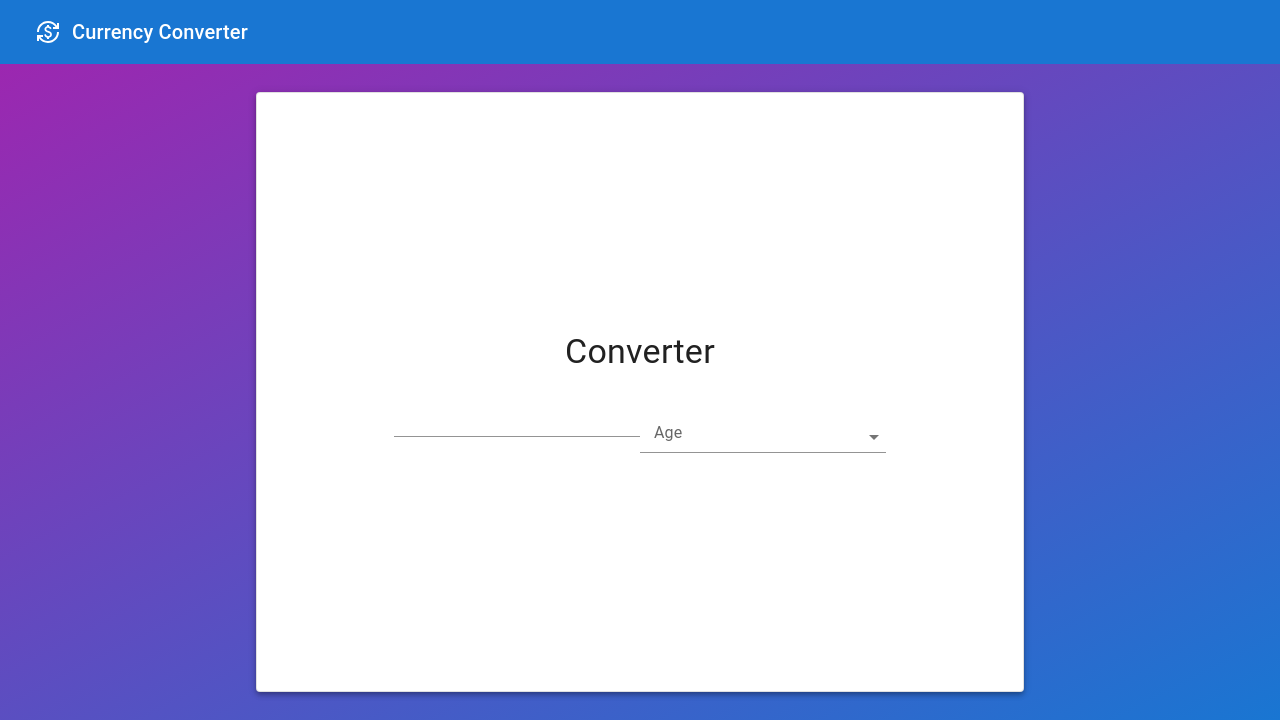
Repository: rutsguifd/currency-converter
Page: /
An editor plug-in stored every save of this project. The page is shown before and after the next save, followed by the edit.
The browser window is 1280 px wide. The pictures show the whole page.
The project was rebuilt for these pictures with package versions that can differ from the ones it lists, and the page was loaded fresh each time. Also part of the build but not shown: src/components/ErrorBoundary.jsx.

Above is the page before, as saved 2023-03-27 23:59:54.

### src/index.js
import { CssBaseline } from "@mui/material";
import React from "react";
import ReactDOM from "react-dom/client";
import { Provider } from "react-redux";
import { BrowserRouter } from "react-router-dom";
import App from "./App";
import { setupStore } from "./store";

const store = setupStore();

const root = ReactDOM.createRoot(document.getElementById("root"));
root.render(
  <Provider store={store}>
    <BrowserRouter>
      <CssBaseline>
        <App />
      </CssBaseline>
    </BrowserRouter>
  </Provider>
);

### src/App.js
import AppRouter from "./router/AppRouter";

function App() {
  return (
    <>
      <AppRouter />
    </>
  );
}

export default App;

### src/store/index.js
import { combineReducers, configureStore } from "@reduxjs/toolkit";
import { ConverterAPI } from "./ConverterService";

const rootReducer = combineReducers({
  [ConverterAPI.reducerPath]: ConverterAPI.reducer,
});

export const setupStore = () => {
  return configureStore({
    reducer: rootReducer,
    middleware: (getDefaultMiddleware) =>
      getDefaultMiddleware().concat(ConverterAPI.middleware),
  });
};

### src/router/AppRouter.jsx
import React from "react";
import { Route, Routes } from "react-router-dom";
import ErrorBoundary from "../components/ErrorBoundary";
import HomePage from "../pages/HomePage";

const AppRouter = () => {
  return (
    <Routes>
      <Route path="/" element={<HomePage />} />
      <Route path="/error" element={<ErrorBoundary />} />
    </Routes>
  );
};

export default AppRouter;

### src/store/ConverterService.js
import { createApi, fetchBaseQuery } from "@reduxjs/toolkit/dist/query/react";

const BASE_URL = "https://api.apilayer.com/exchangerates_data/";

const BASE_QUERY = fetchBaseQuery({
  baseUrl: BASE_URL,
  prepareHeaders: (headers) => {
    headers.set("apikey", "3yTPGVUhUYyAGGgNkKb2MySzxmY4qcWi");
    return headers;
  },
});

export const ConverterAPI = createApi({
  reducerPath: "ConverterAPI",
  baseQuery: BASE_QUERY,
  tagTypes: ["ConverterAPI"],
  endpoints: (build) => ({
    getLatestCurrency: build.query({
      query: ({ symbols, base }) => `latest?symbols=${symbols}&base=${base}`,
    }),
  }),
});

### src/pages/HomePage.jsx
import React from "react";
import ConvertContainer from "../components/ConvertContainer";
import MainLayout from "../layout/MainLayout";

const HomePage = () => {
  return (
    <MainLayout>
      <ConvertContainer />
    </MainLayout>
  );
};

export default HomePage;

### src/components/ConvertContainer.jsx
import { Container, useTheme } from "@mui/material";
import React from "react";
import Convert from "./Convert";

const ConvertContainer = () => {
  const theme = useTheme();

  return (
    <Container
      maxWidth={false}
      disableGutters
      sx={{
        display: "flex",
        justifyContent: "center",
        alignItems: "center",
        minHeight: "calc(100vh - 64px)",
        background: `linear-gradient(to right bottom, ${theme.palette.secondary.main},  ${theme.palette.primary.main})`,
      }}
    >
      <Convert />
    </Container>
  );
};

export default ConvertContainer;

### src/layout/MainLayout.jsx
import React from "react";
import Header from "../components/Header";

const MainLayout = ({ children }) => {
  return (
    <>
      <Header />
      {children}
    </>
  );
};

export default MainLayout;

### src/components/Convert.jsx
import {
  Box,
  FormControl,
  InputLabel,
  MenuItem,
  Paper,
  Select,
  TextField,
  Typography,
} from "@mui/material";
import React, { useState } from "react";

const Convert = () => {
  const [currentCurrency, setCurrentCurrency] = useState("");

  const handleChange = (e) => {
    setCurrentCurrency(e.target.value);
  };

  return (
    <Paper
      variant="outlined"
      sx={{
        p: 4,
        display: "flex",
        flexDirection: "column",
        alignItems: "center",
        justifyContent: "center",
        width: "60vw",
        minWidth: "400px",
        height: "60vh",
        minHeight: "600px",
        gap: 4,
        boxShadow: 4,
      }}
    >
      <Typography variant="h4">Converter</Typography>
      <Box display="flex" flexDirection="row" width="70%">
        <TextField variant="standard" sx={{ width: "100%" }} />
        <FormControl fullWidth>
          <InputLabel id="demo-simple-select-label">Age</InputLabel>
          <Select
            variant="standard"
            labelId="demo-simple-select-label"
            id="demo-simple-select"
            value={currentCurrency}
            label="Age"
            onChange={handleChange}
          >
            <MenuItem value={10}>Ten</MenuItem>
            <MenuItem value={20}>Twenty</MenuItem>
            <MenuItem value={30}>Thirty</MenuItem>
          </Select>
        </FormControl>
      </Box>
    </Paper>
  );
};

export default Convert;

### src/components/Header.jsx
import {
  AppBar,
  Box,
  CircularProgress,
  IconButton,
  Toolbar,
  Typography,
} from "@mui/material";
import CurrencyExchangeIcon from "@mui/icons-material/CurrencyExchange";
import EuroSymbolIcon from "@mui/icons-material/EuroSymbol";
import AttachMoneyIcon from "@mui/icons-material/AttachMoney";
import React from "react";
import { ConverterAPI } from "../store/ConverterService";
import { useNavigate } from "react-router-dom";

const Header = () => {
  const navigate = useNavigate();

  //   const {
  //     data: USDData,
  //     error: USDError,
  //     isLoading: USDLoading,
  //   } = ConverterAPI.useGetLatestCurrencyQuery({
  //     symbols: "UAH",
  //     base: "USD",
  //   });
  //   const {
  //     data: EURData,
  //     error: EURError,
  //     isLoading: EURLoading,
  //   } = ConverterAPI.useGetLatestCurrencyQuery({
  //     symbols: "UAH",
  //     base: "EUR",
  //   });
  //   if (USDError || EURError) {
  //     return navigate("/error");
  //   }
  return (
    <Box sx={{ flexGrow: 1 }}>
      <AppBar position="static">
        <Toolbar>
          <IconButton size="large" color="inherit">
            <CurrencyExchangeIcon />
          </IconButton>
          <Typography variant="h6" component="div" sx={{ flexGrow: 1 }}>
            Currency Converter
          </Typography>
          {/* <Box margin={2} display="flex" flexDirection="row">
            <EuroSymbolIcon />
            {EURLoading ? (
              <CircularProgress />
            ) : (
              <Typography>{EURData.rates.UAH}</Typography>
            )}
          </Box>
          <Box margin={2} display="flex" flexDirection="row">
            <AttachMoneyIcon />
            {USDLoading ? (
              <CircularProgress />
            ) : (
              <Typography>{USDData.rates.UAH}</Typography>
            )}
          </Box> */}
        </Toolbar>
      </AppBar>
    </Box>
  );
};

export default Header;

Loaded but not shown: public/index.html (common file)

After the next save:
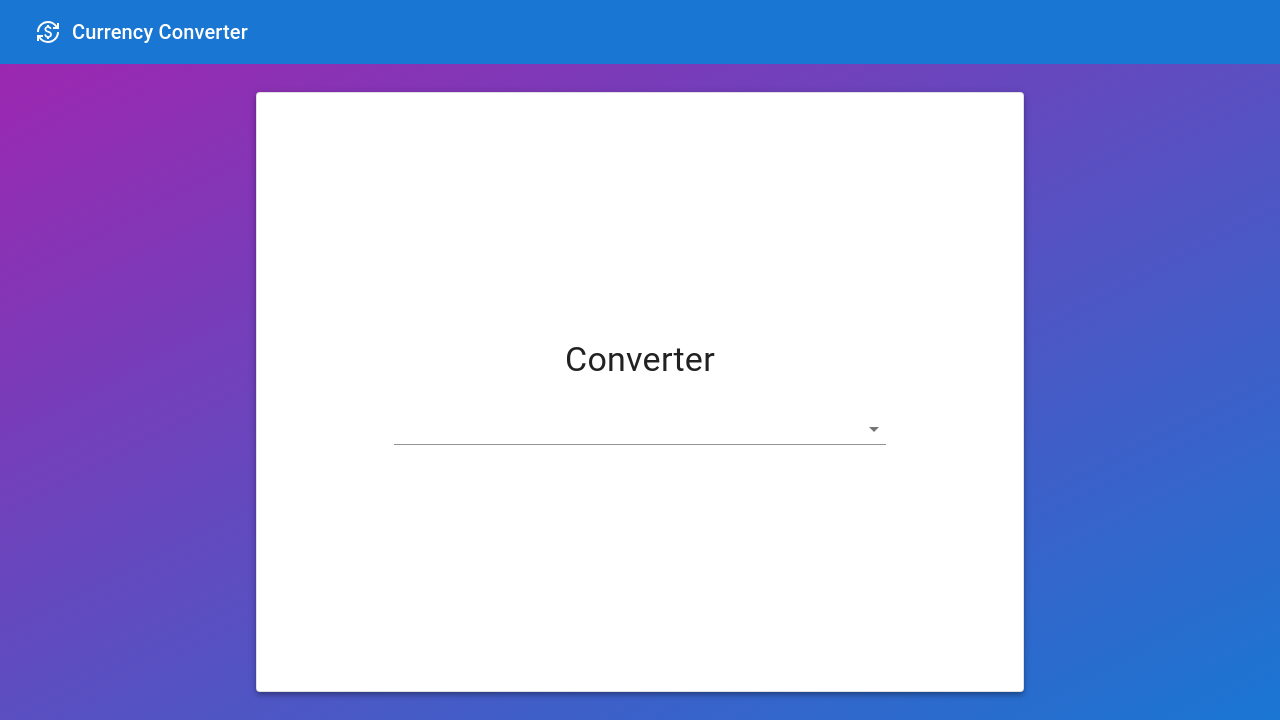
Saved 3 min 5 s later.
--- a/src/components/Convert.jsx
+++ b/src/components/Convert.jsx
@@ -38,10 +38,8 @@ const Convert = () => {
       <Box display="flex" flexDirection="row" width="70%">
         <TextField variant="standard" sx={{ width: "100%" }} />
         <FormControl fullWidth>
-          <InputLabel id="demo-simple-select-label">Age</InputLabel>
           <Select
             variant="standard"
-            labelId="demo-simple-select-label"
             id="demo-simple-select"
             value={currentCurrency}
             label="Age"
